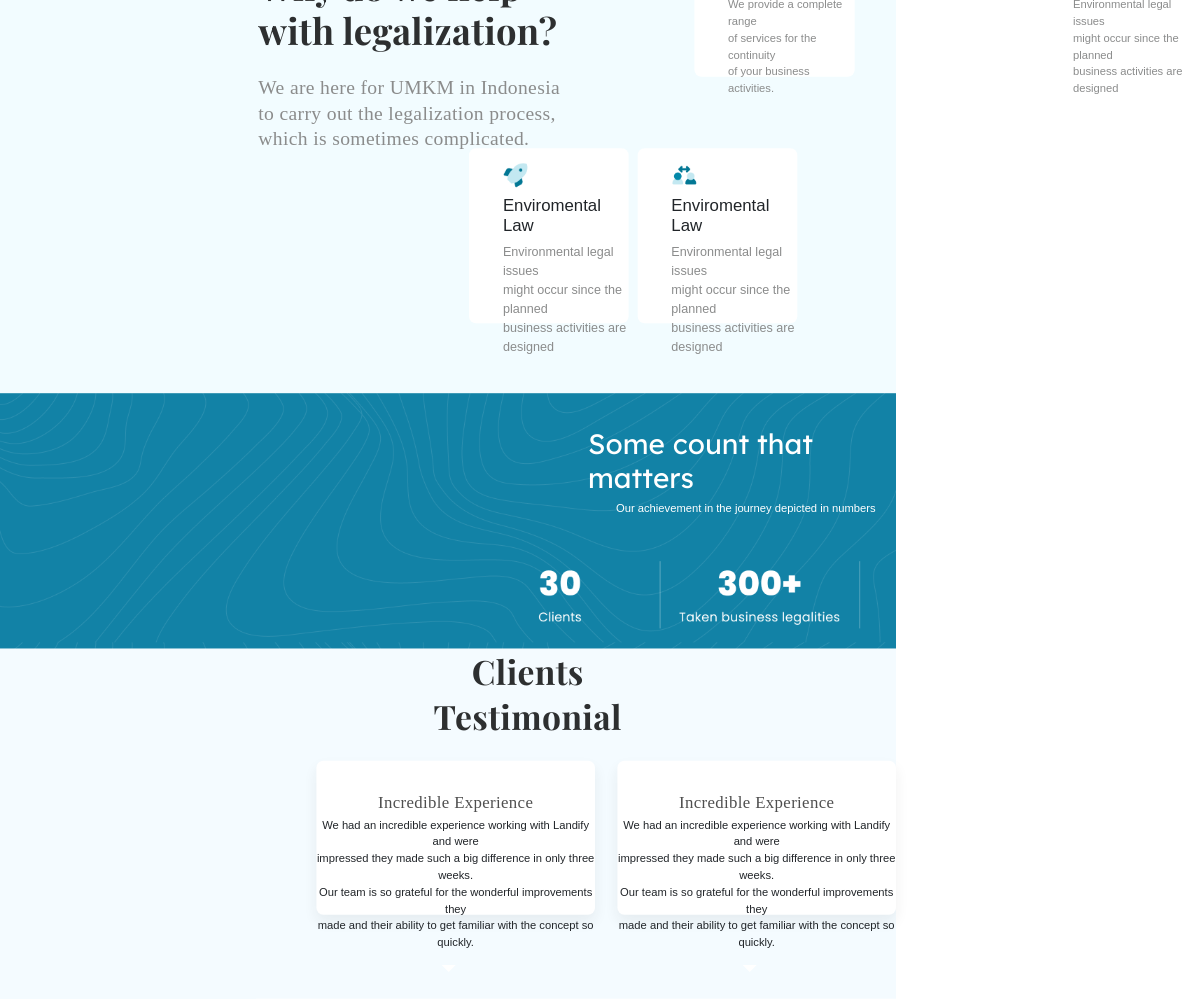
Repository: SAYYODTURINALIYEV/amaliy
Page: index.html
These files come from the project's save history. The page is drawn as it stood at one moment and after a run of saves; the edit follows.
The browser window is 1280 px wide. The page is 1713 px wide, so the pictures cover 1713 px, including what lies to the right of the window. The pictures show the part of the page from y = 1364 to 2804 px (the page is 2791 px tall before and 2804 px after), at 70% of full size.

Above is the page before, as saved 2022-05-20 17:19:06.

After the next 2 saves:
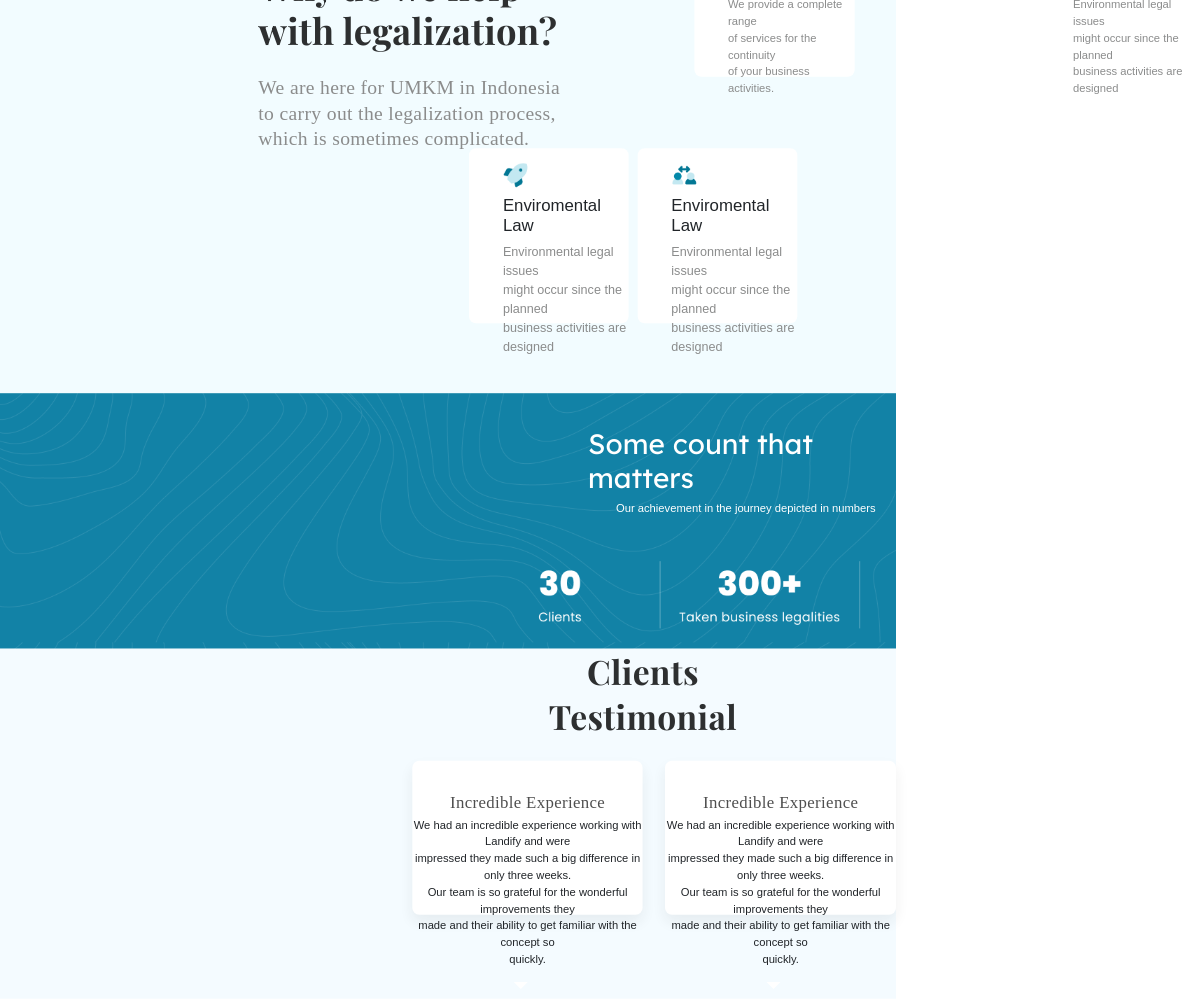
The 2 saves are shown as one change because they came seconds apart.
The last was saved 7 s later.
--- a/styles/style.css
+++ b/styles/style.css
@@ -504,7 +504,7 @@
     letter-spacing: 0.5px;
     font-feature-settings: 'salt' on, 'liga' off;
     color: #2D2F30;
-    margin-left: 37rem;
+    margin-left: 49rem;
 }
 
 #main2 {
